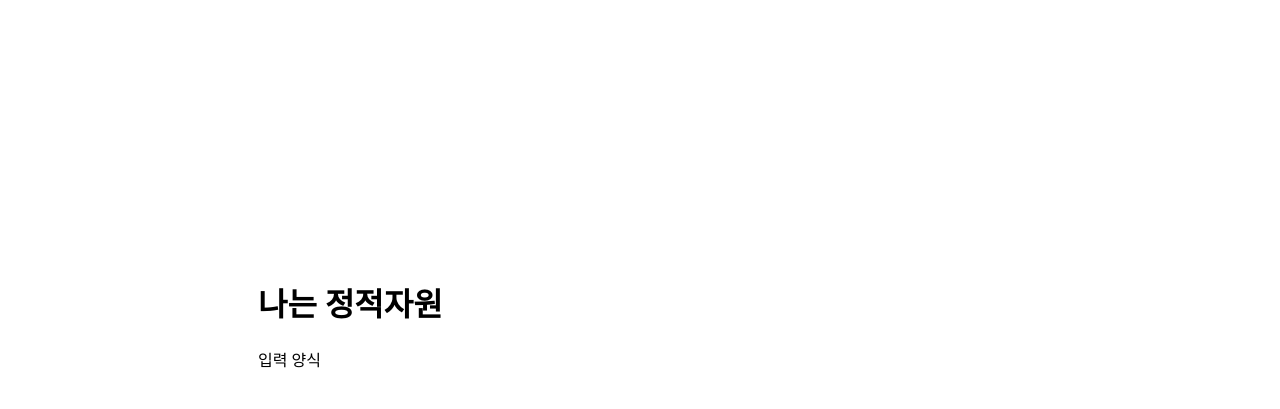
Repository: whgdkfk/web-workspace
Page: BurgerKingProject/src/main/webapp/static/Request_Page.html
The author's editor kept a copy of each file at every save. The page is drawn from the files as they stood at one save, then again after the next save.
The browser window is 1280 px wide. The pictures show the whole page.

Above is the page before, as saved 2025-03-07 08:40:31.

### BurgerKingProject/src/main/webapp/static/Request_Page.html
<!DOCTYPE html>
<html>
<head>
<meta charset="UTF-8">
<title>눌렀음</title>
<style>
	body {
		padding: 250px;
	}
</style>
</head>
<body>
	<h1>나는 정적자원</h1>

	입력 양식

</body>
</html>

After the next save:
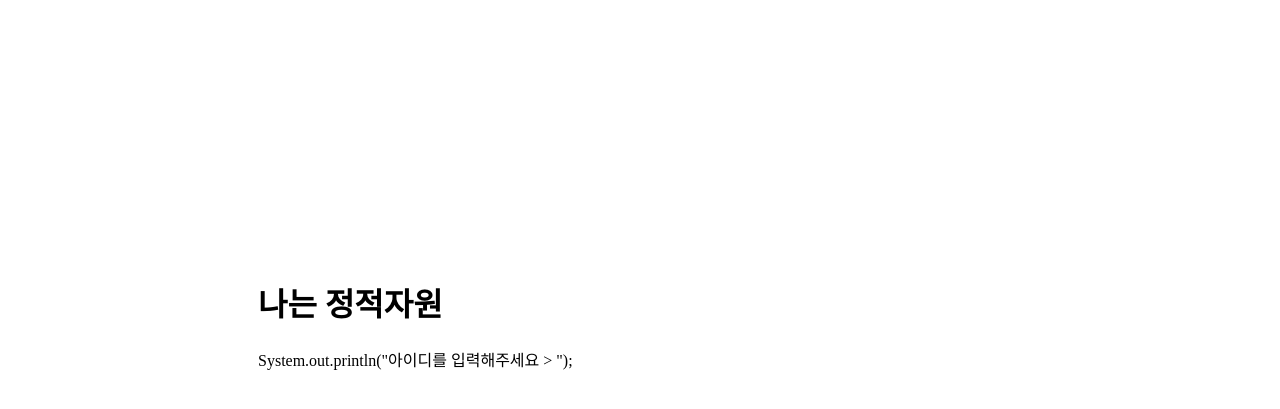
Saved 50 s later.
--- a/BurgerKingProject/src/main/webapp/static/Request_Page.html
+++ b/BurgerKingProject/src/main/webapp/static/Request_Page.html
@@ -12,7 +12,7 @@
 <body>
 	<h1>나는 정적자원</h1>
 
-	입력 양식
+	System.out.println("아이디를 입력해주세요 > ");
 
 </body>
 </html>
